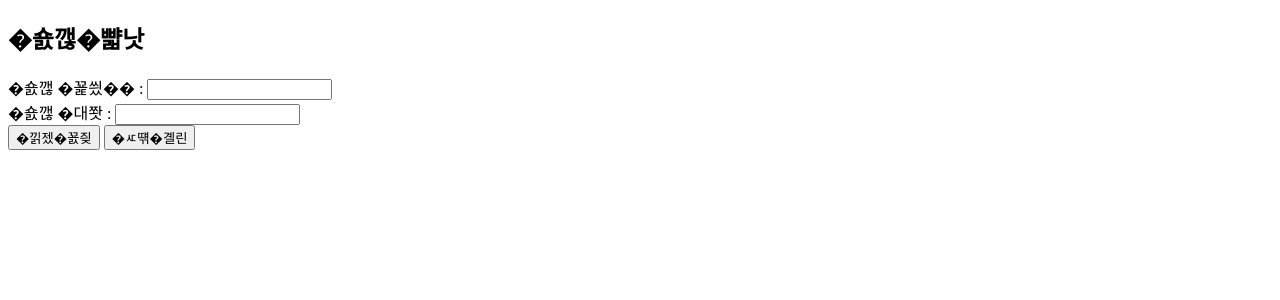
Repository: sunyeongan/Univ_lecture
Page: WebSever_2022/work/week12/week12/src/main/webapp/form.html
An editor plug-in stored every save of this project. The page is shown before and after the next save, followed by the edit.
The browser window is 1280 px wide. The pictures show the whole page.

Above is the page before, as saved 2022-05-17 02:08:53.

### WebSever_2022/work/week12/week12/src/main/webapp/form.html
<!DOCTYPE html>
<html>
<head>
<meta http-equiv="Content-Type" content="text/html;charset=EUC-KR">
<title>학생 </title>
</head>
<body>
	<h2> 학생정보 </h2>
	<form method = post action = form.jsp>
	학생 아이디 : <input type = text name = id ><br>
	학생 이름  : <input type = text name = Sname><br>
	<input type="submit" value = "입력완료">
	<input type="submit" value = "다시쓰기">
	</form>


</body>
</html>

After the next save:
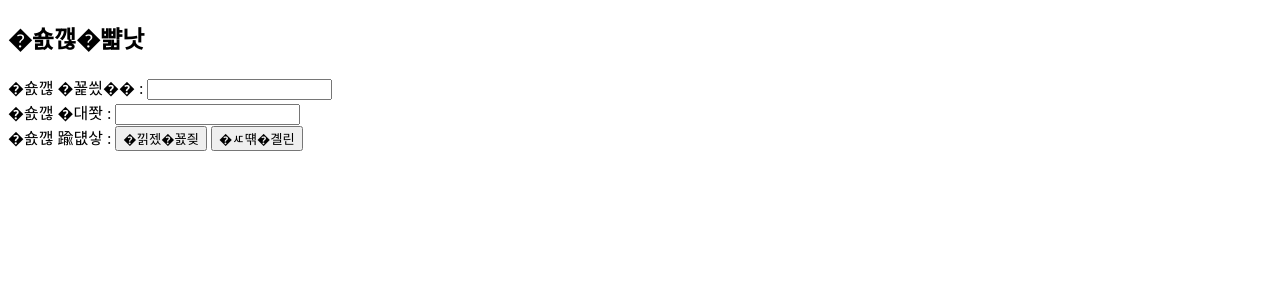
Saved 8 s later.
--- a/WebSever_2022/work/week12/week12/src/main/webapp/form.html
+++ b/WebSever_2022/work/week12/week12/src/main/webapp/form.html
@@ -9,6 +9,7 @@
 	<form method = post action = form.jsp>
 	학생 아이디 : <input type = text name = id ><br>
 	학생 이름  : <input type = text name = Sname><br>
+	학생 번호 :
 	<input type="submit" value = "입력완료">
 	<input type="submit" value = "다시쓰기">
 	</form>
